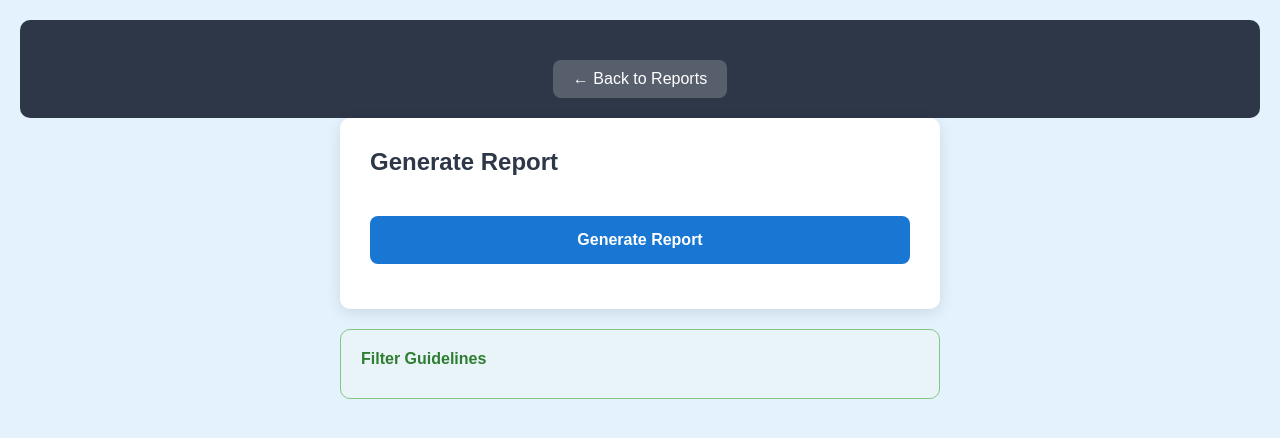
Repository: sweekrithishetty28/Employee_Salary_Management
Page: http://localhost/EmployeeWebApp/report_form.jsp
An editor plug-in stored every save of this project. The page is shown before and after the next save, followed by the edit.
The browser window is 1280 px wide. The pictures show the whole page.
The page is served by Tomcat 9.

Above is the page before, as saved 2025-05-29 07:37:59.

After the next save:
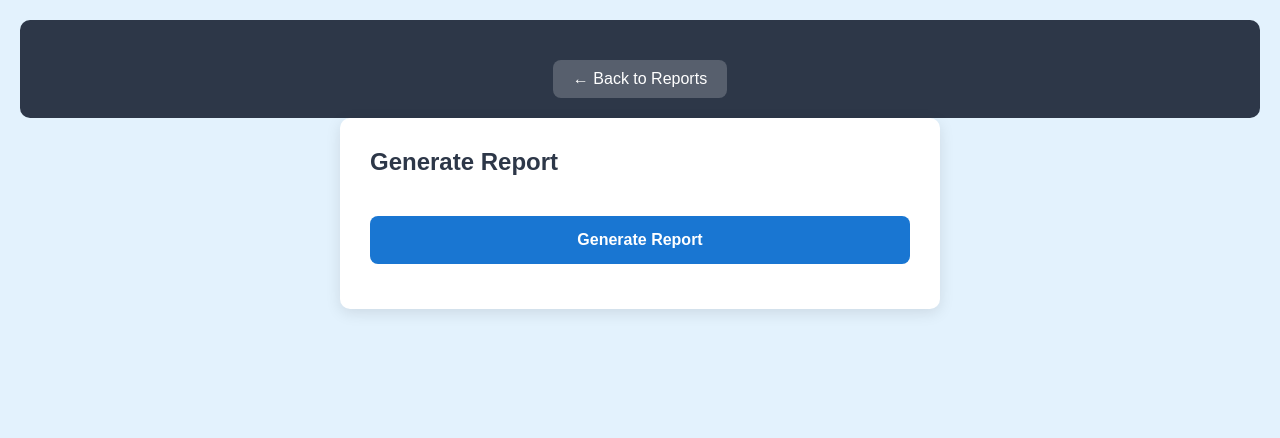
Saved 38 s later.
--- a/Employee Salary Mangement/EmployeeWebApp/src/main/webapp/report_form.jsp
+++ b/Employee Salary Mangement/EmployeeWebApp/src/main/webapp/report_form.jsp
@@ -132,7 +132,7 @@ h2 {
 <body>
     <div class="header">
         <h1><%= actionTitle %></h1>
-        <a href="report.jsp" class="back-link">← Back to Reports</a>
+        <a href="reports.jsp" class="back-link">← Back to Reports</a>
     </div>
 
     <div class="container">
@@ -163,27 +163,7 @@ h2 {
             </form>
         </div>
 
-        <div class="info-card">
-            <h4>Filter Guidelines</h4>
-            <p>
-            <% if ("NameFilter".equals(action)) { %>
-                • Enter a single letter (A-Z)<br>
-                • Case insensitive search<br>
-                • Shows employees whose name starts with the letter<br>
-                • Example: Enter 'J' to find John, Jane, etc.
-            <% } else if ("ServiceFilter".equals(action)) { %>
-                • Enter number of years (0 or greater)<br>
-                • Shows employees with equal or more service years<br>
-                • Based on date of joining<br>
-                • Example: Enter '5' for 5+ years of service
-            <% } else if ("SalaryFilter".equals(action)) { %>
-                • Enter minimum salary amount<br>
-                • Shows employees earning equal or more<br>
-                • Use decimal format for precision<br>
-                • Example: Enter '50000' for ₹50,000 and above
-            <% } %>
-            </p>
-        </div>
+
     </div>
 </body>
 </html>
